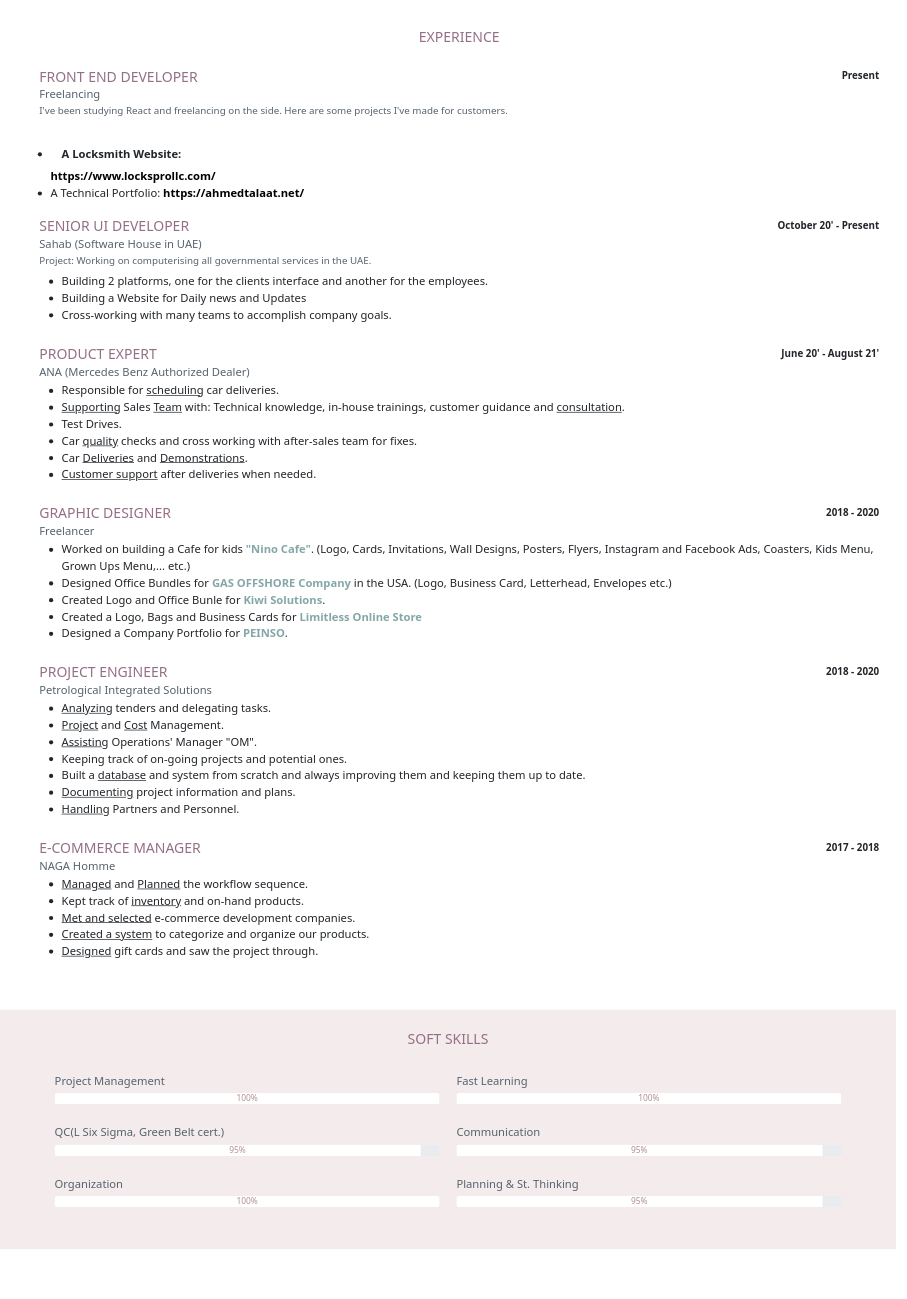
Repository: aya7abbal/my-old-portfolio
Page: resume.html
These files come from the project's save history. The page is drawn as it stood at one moment and after the next save; the edit follows.
The browser window is 1280 px wide. The page is 1296 px wide, so the pictures cover 1296 px, including what lies to the right of the window. The pictures show the part of the page from y = 1259 to 3139 px (the page is 3115 px tall before and 3139 px after), at 70% of full size.
Some web fonts or font styles are not loaded; a fallback is used. Some web libraries are served in a nearby version. The style sheet was rebuilt from its Sass, Less or Tailwind sources for each picture, by a compiler version that may differ from the author's.

Above is the page before, as saved 2022-07-07 23:50:28.

After the next save:
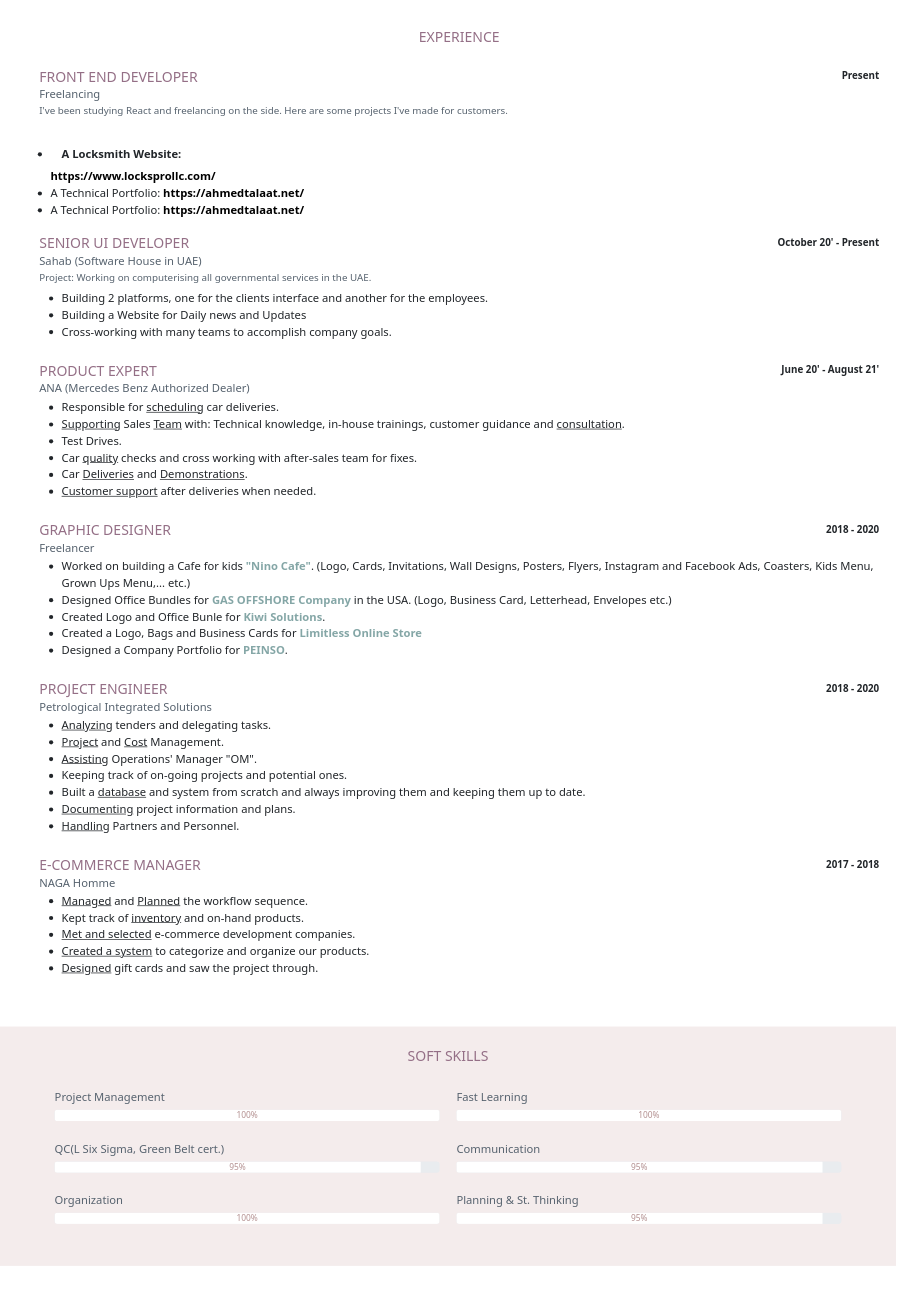
Saved 12 s later.
--- a/resume.html
+++ b/resume.html
@@ -359,7 +359,7 @@
     <h6><small>I've been studying React and freelancing on the side. Here are some projects I've made for customers.</small> </h6>
     <ul class="exp">
         <li>A Locksmith Website: <a href="https://www.locksprollc.com/">https://www.locksprollc.com/</a></li>
-
+        <li>A Technical Portfolio: <a href="https://ahmedtalaat.net/ ">https://ahmedtalaat.net/ </a></li>
         <li>A Technical Portfolio: <a href="https://ahmedtalaat.net/ ">https://ahmedtalaat.net/ </a></li>
 
 
